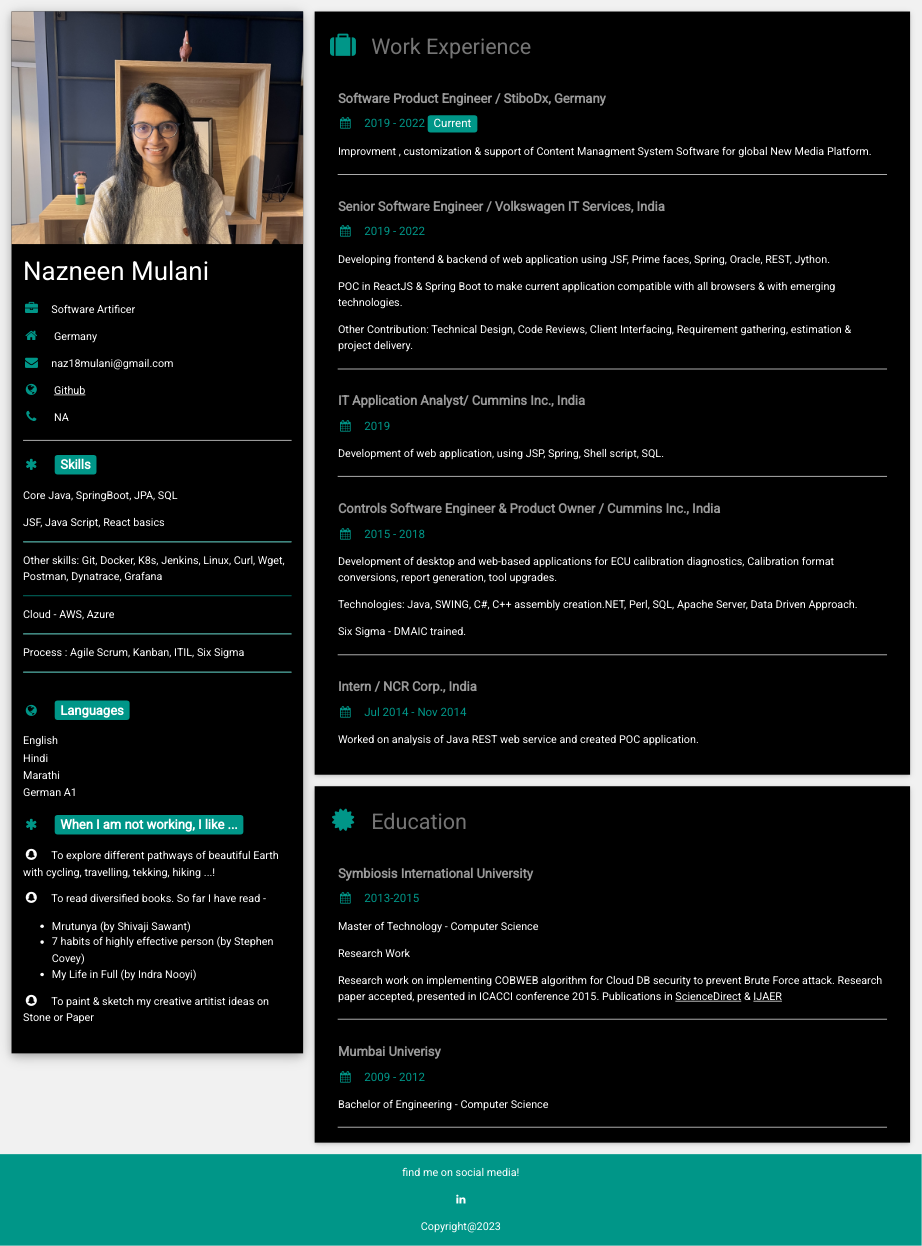
Repository: nazneenprojects/nazneen.github.io
Page: index.html
An editor plug-in stored every save of this project. The page is shown before and after the next save, followed by the edit.
The browser window is 1280 px wide. The pictures show the whole page, at 72% of full size.

Above is the page before, as saved 2023-07-09 12:22:29.

After the next save:
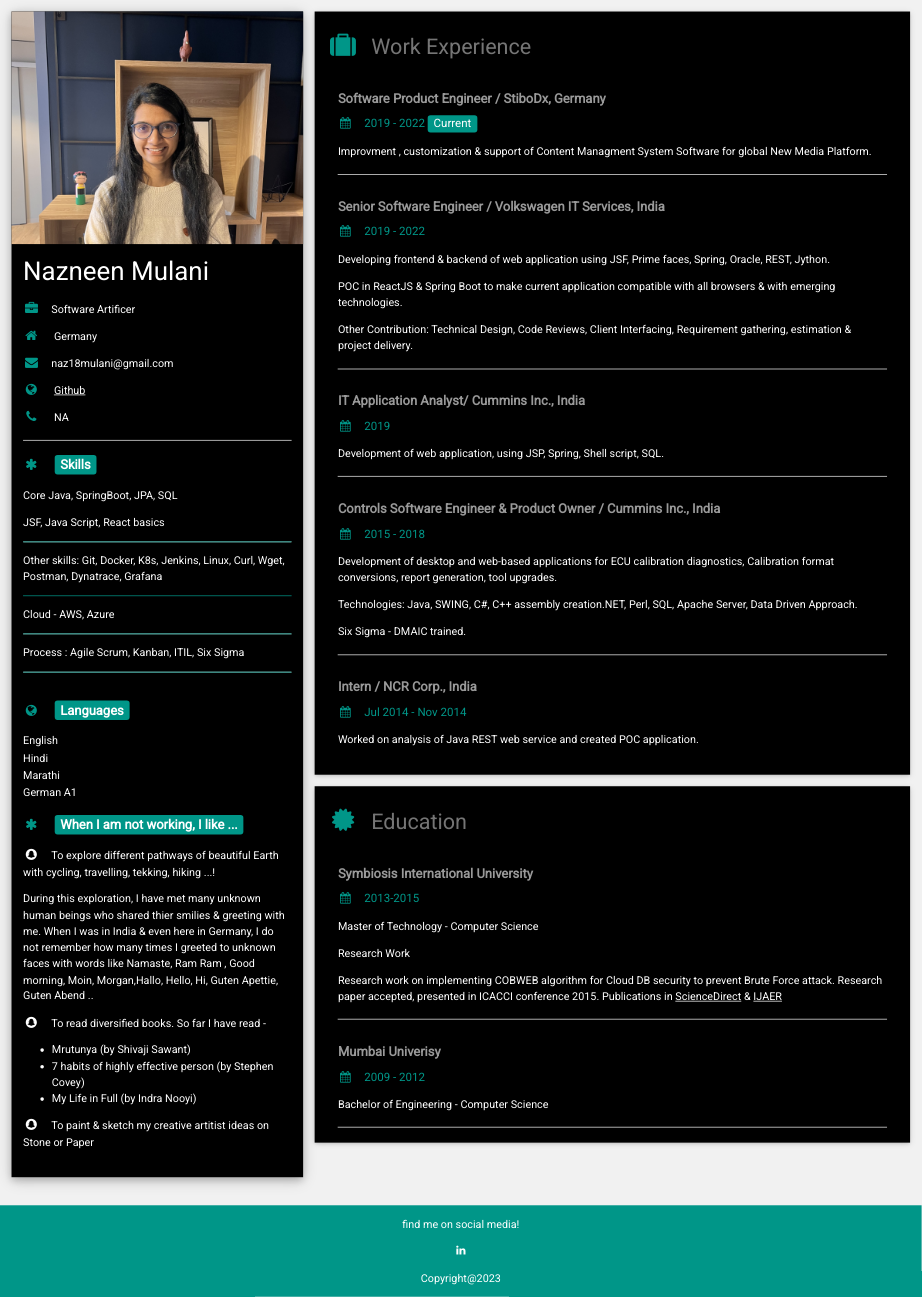
Saved 8 min 6 s later.
--- a/index.html
+++ b/index.html
@@ -82,6 +82,7 @@
 
           <p class="w3-large"><b><i class="fa fa-asterisk fa-fw w3-margin-right w3-text-teal"></i> <span class="w3-tag w3-teal w3-round">When I am not working, I like ...</span></b></p>
           <p><i class="fa fa-snapchat fa-fw w3-margin-right w3-large w3-text-white"></i>To explore different pathways of beautiful Earth with cycling, travelling, tekking, hiking ...!  </p>
+          <p>During this exploration, I have met many unknown human beings who shared thier smilies & greeting with me. When I was in India & even here in Germany, I do not remember how many times I greeted to unknown faces with words like Namaste, Ram Ram , Good morning, Moin, Morgan,Hallo, Hello, Hi, Guten Apettie, Guten Abend .. </p>
           <div>
             <p><i class="fa fa-snapchat fa-fw w3-margin-right w3-large w3-text-white"></i>To read diversified books. So far I have read - </p>
             <ul>
